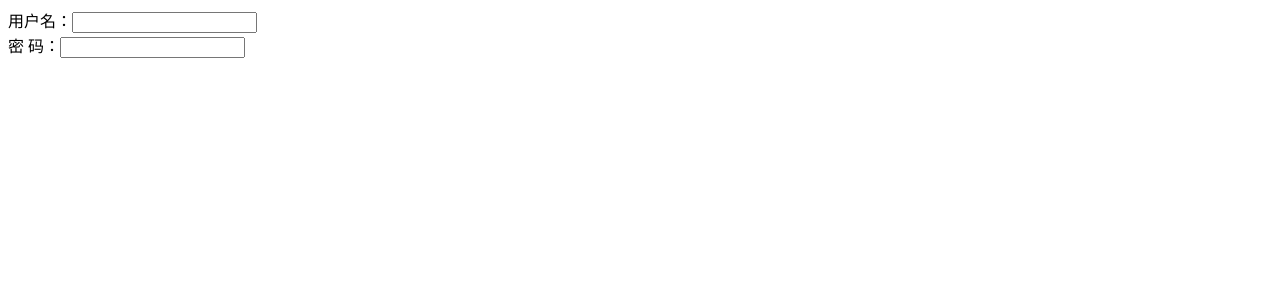
Repository: Caesarxp/JavaWeb_xp
Page: http://localhost/LoginStruct/
These files come from the project's save history. The page is drawn as it stood at one moment and after the next save; the edit follows.
The browser window is 1280 px wide. The pictures show the whole page.
The page is served by Tomcat 9. Other server files are loaded and not shown.

Above is the page before, as saved 2015-08-13 12:03:59.

### LoginStruct/WebRoot/index.jsp
<%@ page language="java" contentType="text/html; charset=UTF-8"
    pageEncoding="UTF-8"%>
<!DOCTYPE html PUBLIC "-//W3C//DTD HTML 4.01 Transitional//EN" "http://www.w3.org/TR/html4/loose.dtd">
<html>
<head>
<meta http-equiv="Content-Type" content="text/html; charset=UTF-8">
<title>Insert title here</title>
</head>
<body>
<form action="login.do" method="post">
	用户名：<input type="text" name="name"/><br>
	密    码：<input type="password" name="password"/><br>
</form>
</body>
</html>

After the next save:
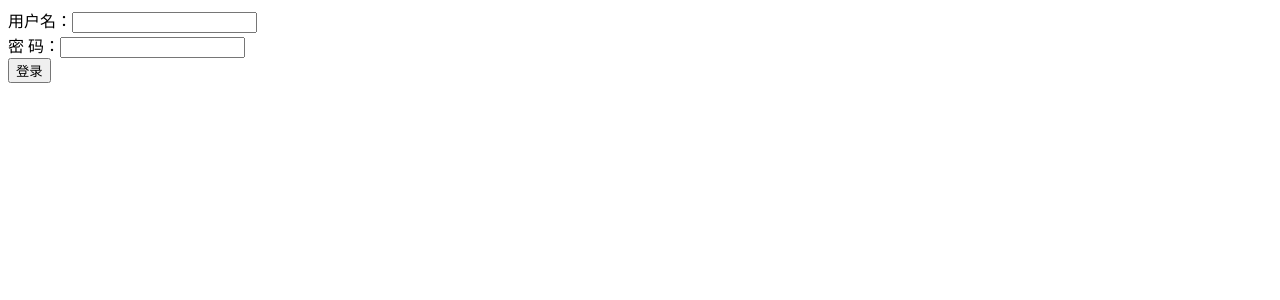
Saved 110 s later.
--- a/LoginStruct/WebRoot/index.jsp
+++ b/LoginStruct/WebRoot/index.jsp
@@ -10,6 +10,7 @@
 <form action="login.do" method="post">
 	用户名：<input type="text" name="name"/><br>
 	密    码：<input type="password" name="password"/><br>
+	<input type="submit"  name="tj" value="登录">
 </form>
 </body>
 </html>
